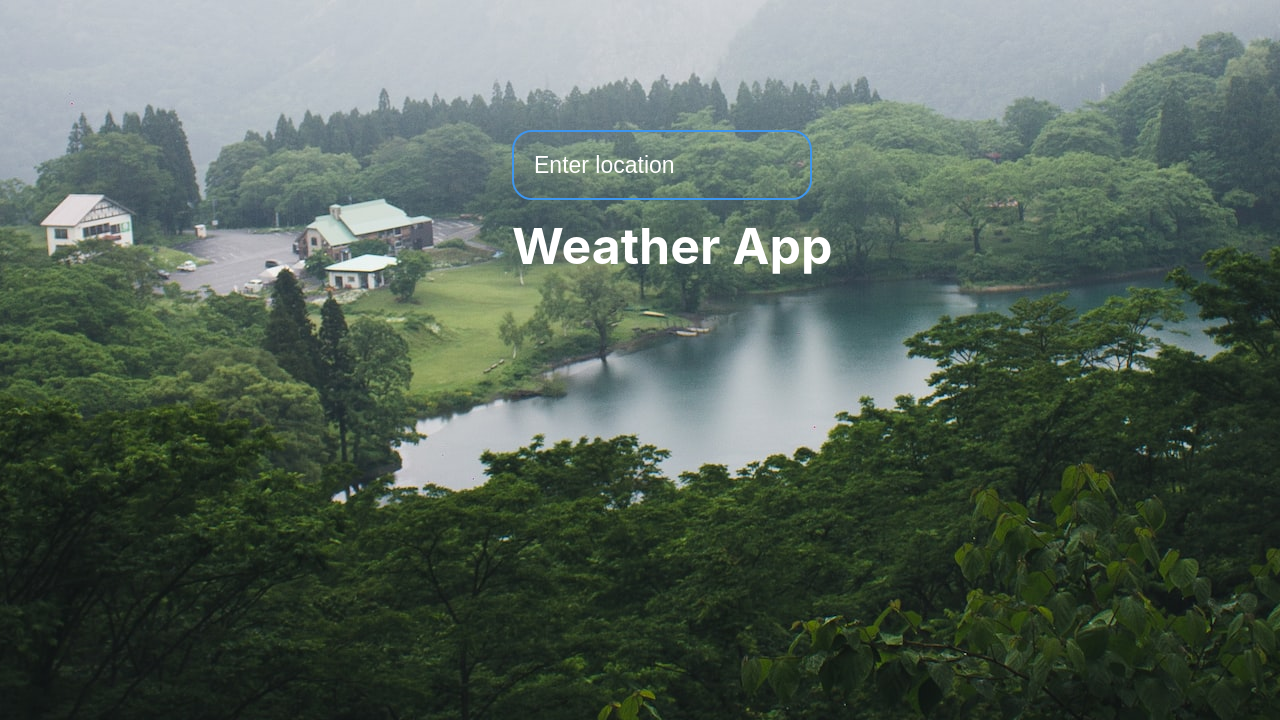
Repository: RenataDzotova/WeatherForecast
Page: /
An editor plug-in stored every save of this project. The page is shown before and after the next save, followed by the edit.
The browser window is 1280 px wide. The pictures show the whole page.
The project was rebuilt for these pictures with package versions that can differ from the ones it lists, and the page was loaded fresh each time. The framework's server and built-in components were replaced by stand-ins that run in the browser. Also part of the build but not shown: next.config.js, styles/Home.module.css.

Above is the page before, as saved 2023-01-19 16:38:30.

### pages/index.js
import Head from 'next/head'
import Image from 'next/image'
import styles from '../styles/Home.module.css'
import axios from 'axios'
import { useState } from 'react'
import { FlexBox, Wrapper, Text, ImgPlaceholder } from '../styles/global'

export default function Home() {
  const [data, setData] = useState({});
  const [location, setLocation] = useState('');
  const [weather, setWeather] = useState();
  const [errorMessage, setErrorMessage] = useState('')
  const [showTitle, setShowTitle] = useState('Weather App')

  const searchLocation = (event) => {
    if (event.key === "Enter"){
      axios.get(url)
      .then((response) => {
        console.clear()
        setData(response.data)
        console.log(response.data)
        setWeather(response.data.weather)
        setErrorMessage("")
        setShowTitle("")
      }) .catch(err => {
        console.log(err)
        setErrorMessage("Please enter another location")
        setData({})
        setWeather()
      })
      setLocation('')
    }
  }

  var apiKey = "f1c3aba9f416efdb16702d2866709e98";
  var lang = "en";
  var units = "metric";
  const url = `https://api.openweathermap.org/data/2.5/weather?q=${location}&units=${units}&appid=${apiKey}&lang=${lang}`

  return (
    <div className={styles.bg}>
      <Head>
        <title>Create Next App</title>
        <meta name="description" content="Generated by create next app" />
        <link rel="icon" href="/favicon.ico" />
        <link rel="preconnect" href="https://fonts.gstatic.com" crossorigin />
        <link
            href="https://fonts.googleapis.com/css2?family=Plus+Jakarta+Sans:ital,wght@0,200;0,300;0,400;0,500;0,600;0,700;0,800;1,200;1,300;1,400;1,500;1,600;1,700;1,800&display=swap"
            rel="stylesheet"
            />
      </Head>

      <main>


        {
          data &&
            <span>
              {errorMessage}
              <span className='titleText'>
              {showTitle}
              </span>
            </span>
        }


        <input className='inputStyle'
          value = {location}
          onChange={event=> setLocation(event.target.value)}
          placeholder="Enter location"
          onKeyDown={searchLocation}
          type="text"
          style={{position:"absolute", top:"130px", left:"40%" }}
        >
        </input>

        {
          weather && weather.map((w, index) =>{
            return(
              <Wrapper bgImage={ data.main.temp.toFixed() < 0 && w.main=="Snow" ? "/alora-griffiths-HlnFco4i624-unsplash.jpg" : w.main=="Rain" || w.main=="Thunderstorm" ? "/nick-nice-ve-R7PCjJDk-unsplash.jpg" : w.main=="Clouds" ? "/johny-goerend-z_SXPzTMKkc-unsplash.jpg" : "/kenrick-mills-MF9Wy1NA55I-unsplash-2.jpg"} key={index}>

                  <FlexBox dir="column" width="100%" height="100%">
                    <FlexBox dir="column" margin="200px 0 0 0">
                      <Text color="white" fontSize="65px" fontWeight="bold">{data.name}</Text>
                        <FlexBox alignItems="flex-start">
                          <Text color="white" fontSize="90px" fontWeight="bold">{data.main.temp.toFixed()}°</Text>
                          <FlexBox margin="15px 0 12px 10px"><Text color="white" fontSize="30px">{w.main} </Text></FlexBox>
                        </FlexBox>
                    </FlexBox>

                    <FlexBox flexWrap="wrap" margin="100px 0 0 0" bgColor="rgba(227, 227, 227, 0.25)" border="rgba(227, 227, 227) solid 2px" minHeight="130px" width="60%" borderRadius="30px" justifyContent="space-around" padding="0 20px 0 20px">
                      <FlexBox dir="column">
                        <Text color="white" fontSize="65px" fontWeight="700">{data.main.feels_like.toFixed()}°C</Text>
                        <Text color="white">Feels like</Text>
                      </FlexBox>
                      <FlexBox dir="column">
                        <Text color="white" fontSize="65px" fontWeight="700">{data.main.humidity}%</Text>
                        <Text color="white">Humidity</Text>
                      </FlexBox>
                      <FlexBox dir="column">
                        <FlexBox>
                          <Text color="white" fontSize="65px" fontWeight="700">{data.main.pressure}</Text>
                          <Text fontSize="20px" margin="0 0 15px 0" color="white">hPa</Text>
                        </FlexBox>
                        <Text color="white">Pressure</Text>
                      </FlexBox>
                      { data.wind.gust &&
                      <FlexBox dir="column">
                        <FlexBox>
                          <Text color="white" fontSize="65px" fontWeight="700">{data.wind.gust}</Text>
                          <Text fontSize="20px" margin="0 0 15px 0" color="white">M/s</Text>
                        </FlexBox>
                        <Text color="white">Wind</Text>
                      </FlexBox>
                      }
                    </FlexBox>
                  </FlexBox>
              </Wrapper>
            )
          })
        }
      </main>

      {/* <footer className={styles.footer}>
        <a
          href="https://vercel.com?utm_source=create-next-app&utm_medium=default-template&utm_campaign=create-next-app"
          target="_blank"
          rel="noopener noreferrer"
        >
          Powered by{' '}
          <span className={styles.logo}>
            <Image src="/vercel.svg" alt="Vercel Logo" width={72} height={16} />
          </span>
        </a>
      </footer> */}
    </div>
  )
}

### styles/globals.css
html,
body {
  padding: 0;
  margin: 0;
  font-family: -apple-system, BlinkMacSystemFont, Segoe UI, Roboto, Oxygen,
    Ubuntu, Cantarell, Fira Sans, Droid Sans, Helvetica Neue, sans-serif;
  background-image: url("../public/cory-bjork-nkXNnX4BG1k-unsplash.jpg");
  background-position: center;
  background-repeat: no-repeat;
  display: flex;
  justify-content: center;
  align-items: center;
  flex-direction: column;
}

.titleText{
  font-size: 50px;
  font-weight: 700;
  color: white;
  background-color: transparent;
  position: absolute;
  left: 40%;
  top: 30%;
}

a {
  color: inherit;
  text-decoration: none;
}

.inputStyle{
  border-radius: 20px;
  height: 70px;
  width: 300px;
  font-size: 23px;
  padding: 20px;
  background-color: transparent;
  color: rgb(14, 40, 66);
  border: 2px solid rgb(62, 150, 239);
}
::placeholder {
  color: white;
  opacity: 1; /* Firefox */
}

* {
  box-sizing: border-box;
}

@media (prefers-color-scheme: dark) {
  html {
    color-scheme: dark;
  }
  body {
    color: white;
    background: black;
  }
}

### styles/global.js
import styled from 'styled-components';

export const Text = styled.p`
    font-size: ${props=>props.fontSize || "21px"};
    font-weight: ${props=>props.fontWeight || "normal"};
    color: ${props=>props.color};
    margin: ${props=>props.margin || "0px"};

`


export const FlexBox = styled.div`
    display:flex;
    justify-content:${props=>props.justifyContent || "center"};
    align-items:${props=>props.alignItems || "center"};
    flex-direction:${props=>props.dir || "row"};
    flex-wrap: ${props=>props.flexWrap};
    width: ${props=>props.width};
    height: ${props=>props.height};
    background-color: ${props=>props.bgColor};
    padding: ${props=>props.padding};
    margin: ${props=>props.margin || "0px"};
    min-height: ${props=>props.minHeight};
    max-height: ${props=>props.maxHeight};
    background-image: ${props=>props.linearGradient || "none"}, url(${props=>props.bgImage});
    background-position: ${props=>props.bgPosition || "center"};
    background-size: ${props=>props.bgSize || "cover"};
    background-repeat: ${props=>props.bgRepeat};
    border-radius:${props=>props.borderRadius};
    filter: ${props=>props.filter};
    border: ${props=>props.border};
    z-index:${props=>props.zIndex};
    position: ${props=>props.position};
    top: ${props=>props.top};
    left:${props=>props.left};
    bottom: ${props=>props.bottom};
    border-bottom-style: ${props=>props.borderBottom};
    box-shadow: ${props=>props.boxShadow};
    border-top: ${props=>props.topBorder};
    border-bottom: ${props=>props.bottomBorder};
    color: ${props=>props.color};
    font-weight: ${props=>props.fontWeight};
    cursor: ${props=>props.cursor};
    max-width: ${props=>props.maxWidth};
    min-width: ${props=>props.minWidth};
    overflow-y: ${props=>props.overflowY};
    overflow-anchor: ${props=>props.overflowA};
    overflow-x: ${props=>props.overflowX};
`

export const Wrapper = styled(FlexBox) `
    width: 100vw;
    min-width: ${props=>props.minWidth};
    height: ${props=>props.height || "100vh"};
    padding:${props=>props.padding};
    overflow-x: ${props=>props.overflowX};
    overflow-y: ${props=>props.overflowY};
    background-image: ${props=>props.linearGradient || "none"}, url(${props=>props.bgImage});
    background-position: ${props=>props.bgPosition || "center"};
    background-size: ${props=>props.bgSize || "cover"};
`


export const ImgPlaceholder = styled.div`
    width: ${props=>props.width || "134px"};
    height: ${props=>props.height || "154px"};
    border-radius: ${props=>props.borderRadius || "8px 0px 0px 8px"};
    background-image: url(${props=>props.bgImage});
    margin: ${props=>props.margin};
    position: ${props=>props.position};
    top: ${props=>props.top};
    background-position: center;
    background-size: cover;
`

Loaded but not shown: pages/_app.js (common file)

After the next save:
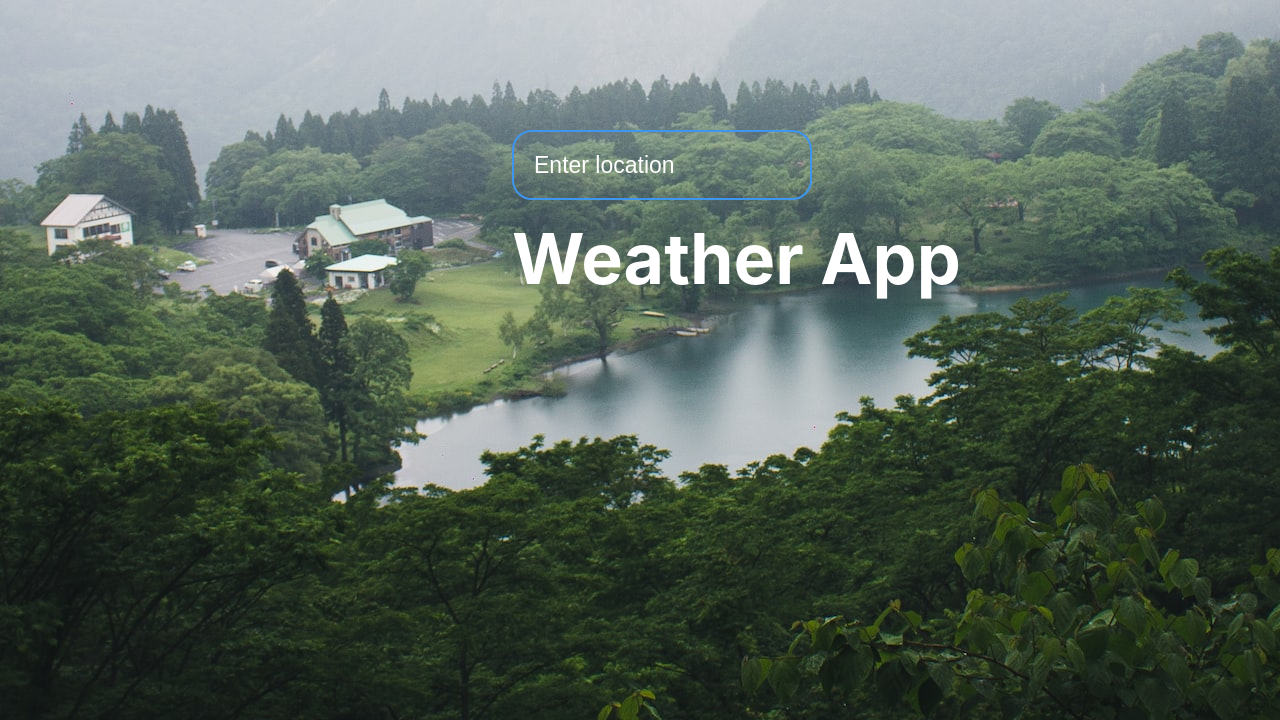
Saved 10 s later.
--- a/styles/globals.css
+++ b/styles/globals.css
@@ -14,7 +14,7 @@ body {
 }
 
 .titleText{
-  font-size: 50px;
+  font-size: 70px;
   font-weight: 700;
   color: white;
   background-color: transparent;
